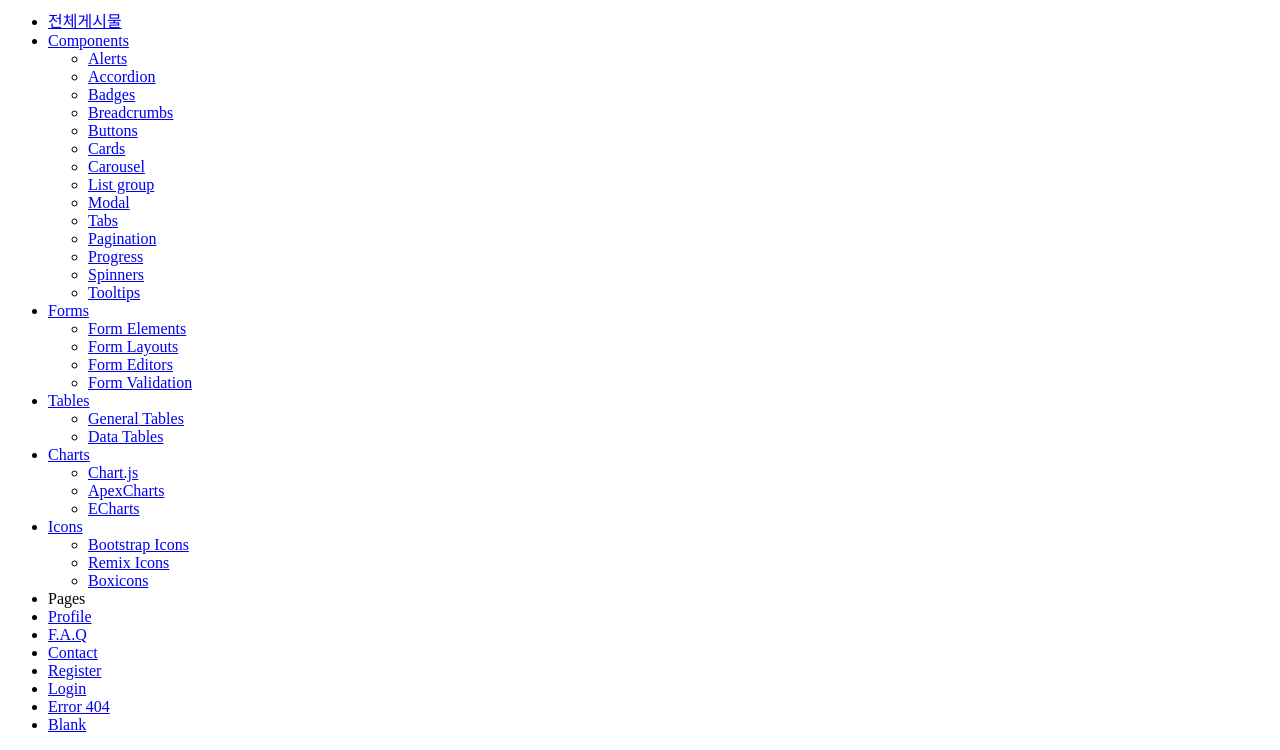
Repository: hatsnake/spring_ever
Page: http://localhost/ever/WEB-INF/views/fragment/sidebar.jsp
The author's editor kept a copy of each file at every save. The page is drawn from the files as they stood at one save, then again after the next save.
The browser window is 1280 px wide. The pictures show the whole page.
The page is served by Tomcat 9. Nobody is signed in. Other server files are loaded and not shown. The template is opened directly, without the code that normally fills it, so the values that code supplies are empty.

Above is the page before, as saved 2022-02-03 17:31:11.

### ever/src/main/webapp/WEB-INF/views/fragment/sidebar.jsp
<%@ page language="java" contentType="text/html; charset=UTF-8"
    pageEncoding="UTF-8"%>

<!-- ======= Sidebar ======= -->
<aside id="sidebar" class="sidebar">

  <ul class="sidebar-nav" id="sidebar-nav">

    <li class="nav-item">
      <a class="nav-link " href="/article/list">
        <i class="bi bi-grid"></i>
        <span>전체게시물</span>
      </a>
    </li><!-- End Dashboard Nav -->

    <li class="nav-item">
      <a class="nav-link collapsed" data-bs-target="#components-nav" data-bs-toggle="collapse" href="#">
        <i class="bi bi-menu-button-wide"></i><span>Components</span><i class="bi bi-chevron-down ms-auto"></i>
      </a>
      <ul id="components-nav" class="nav-content collapse " data-bs-parent="#sidebar-nav">
        <li>
          <a href="components-alerts.html">
            <i class="bi bi-circle"></i><span>Alerts</span>
          </a>
        </li>
        <li>
          <a href="components-accordion.html">
            <i class="bi bi-circle"></i><span>Accordion</span>
          </a>
        </li>
        <li>
          <a href="components-badges.html">
            <i class="bi bi-circle"></i><span>Badges</span>
          </a>
        </li>
        <li>
          <a href="components-breadcrumbs.html">
            <i class="bi bi-circle"></i><span>Breadcrumbs</span>
          </a>
        </li>
        <li>
          <a href="components-buttons.html">
            <i class="bi bi-circle"></i><span>Buttons</span>
          </a>
        </li>
        <li>
          <a href="components-cards.html">
            <i class="bi bi-circle"></i><span>Cards</span>
          </a>
        </li>
        <li>
          <a href="components-carousel.html">
            <i class="bi bi-circle"></i><span>Carousel</span>
          </a>
        </li>
        <li>
          <a href="components-list-group.html">
            <i class="bi bi-circle"></i><span>List group</span>
          </a>
        </li>
        <li>
          <a href="components-modal.html">
            <i class="bi bi-circle"></i><span>Modal</span>
          </a>
        </li>
        <li>
          <a href="components-tabs.html">
            <i class="bi bi-circle"></i><span>Tabs</span>
          </a>
        </li>
        <li>
          <a href="components-pagination.html">
            <i class="bi bi-circle"></i><span>Pagination</span>
          </a>
        </li>
        <li>
          <a href="components-progress.html">
            <i class="bi bi-circle"></i><span>Progress</span>
          </a>
        </li>
        <li>
          <a href="components-spinners.html">
            <i class="bi bi-circle"></i><span>Spinners</span>
          </a>
        </li>
        <li>
          <a href="components-tooltips.html">
            <i class="bi bi-circle"></i><span>Tooltips</span>
          </a>
        </li>
      </ul>
    </li><!-- End Components Nav -->

    <li class="nav-item">
      <a class="nav-link collapsed" data-bs-target="#forms-nav" data-bs-toggle="collapse" href="#">
        <i class="bi bi-journal-text"></i><span>Forms</span><i class="bi bi-chevron-down ms-auto"></i>
      </a>
      <ul id="forms-nav" class="nav-content collapse " data-bs-parent="#sidebar-nav">
        <li>
          <a href="forms-elements.html">
            <i class="bi bi-circle"></i><span>Form Elements</span>
          </a>
        </li>
        <li>
          <a href="forms-layouts.html">
            <i class="bi bi-circle"></i><span>Form Layouts</span>
          </a>
        </li>
        <li>
          <a href="forms-editors.html">
            <i class="bi bi-circle"></i><span>Form Editors</span>
          </a>
        </li>
        <li>
          <a href="forms-validation.html">
            <i class="bi bi-circle"></i><span>Form Validation</span>
          </a>
        </li>
      </ul>
    </li><!-- End Forms Nav -->

    <li class="nav-item">
      <a class="nav-link collapsed" data-bs-target="#tables-nav" data-bs-toggle="collapse" href="#">
        <i class="bi bi-layout-text-window-reverse"></i><span>Tables</span><i class="bi bi-chevron-down ms-auto"></i>
      </a>
      <ul id="tables-nav" class="nav-content collapse " data-bs-parent="#sidebar-nav">
        <li>
          <a href="tables-general.html">
            <i class="bi bi-circle"></i><span>General Tables</span>
          </a>
        </li>
        <li>
          <a href="tables-data.html">
            <i class="bi bi-circle"></i><span>Data Tables</span>
          </a>
        </li>
      </ul>
    </li><!-- End Tables Nav -->

    <li class="nav-item">
      <a class="nav-link collapsed" data-bs-target="#charts-nav" data-bs-toggle="collapse" href="#">
        <i class="bi bi-bar-chart"></i><span>Charts</span><i class="bi bi-chevron-down ms-auto"></i>
      </a>
      <ul id="charts-nav" class="nav-content collapse " data-bs-parent="#sidebar-nav">
        <li>
          <a href="charts-chartjs.html">
            <i class="bi bi-circle"></i><span>Chart.js</span>
          </a>
        </li>
        <li>
          <a href="charts-apexcharts.html">
            <i class="bi bi-circle"></i><span>ApexCharts</span>
          </a>
        </li>
        <li>
          <a href="charts-echarts.html">
            <i class="bi bi-circle"></i><span>ECharts</span>
          </a>
        </li>
      </ul>
    </li><!-- End Charts Nav -->

    <li class="nav-item">
      <a class="nav-link collapsed" data-bs-target="#icons-nav" data-bs-toggle="collapse" href="#">
        <i class="bi bi-gem"></i><span>Icons</span><i class="bi bi-chevron-down ms-auto"></i>
      </a>
      <ul id="icons-nav" class="nav-content collapse " data-bs-parent="#sidebar-nav">
        <li>
          <a href="icons-bootstrap.html">
            <i class="bi bi-circle"></i><span>Bootstrap Icons</span>
          </a>
        </li>
        <li>
          <a href="icons-remix.html">
            <i class="bi bi-circle"></i><span>Remix Icons</span>
          </a>
        </li>
        <li>
          <a href="icons-boxicons.html">
            <i class="bi bi-circle"></i><span>Boxicons</span>
          </a>
        </li>
      </ul>
    </li><!-- End Icons Nav -->

    <li class="nav-heading">Pages</li>

    <li class="nav-item">
      <a class="nav-link collapsed" href="users-profile.html">
        <i class="bi bi-person"></i>
        <span>Profile</span>
      </a>
    </li><!-- End Profile Page Nav -->

    <li class="nav-item">
      <a class="nav-link collapsed" href="pages-faq.html">
        <i class="bi bi-question-circle"></i>
        <span>F.A.Q</span>
      </a>
    </li><!-- End F.A.Q Page Nav -->

    <li class="nav-item">
      <a class="nav-link collapsed" href="pages-contact.html">
        <i class="bi bi-envelope"></i>
        <span>Contact</span>
      </a>
    </li><!-- End Contact Page Nav -->

    <li class="nav-item">
      <a class="nav-link collapsed" href="pages-register.html">
        <i class="bi bi-card-list"></i>
        <span>Register</span>
      </a>
    </li><!-- End Register Page Nav -->

    <li class="nav-item">
      <a class="nav-link collapsed" href="pages-login.html">
        <i class="bi bi-box-arrow-in-right"></i>
        <span>Login</span>
      </a>
    </li><!-- End Login Page Nav -->

    <li class="nav-item">
      <a class="nav-link collapsed" href="pages-error-404.html">
        <i class="bi bi-dash-circle"></i>
        <span>Error 404</span>
      </a>
    </li><!-- End Error 404 Page Nav -->

    <li class="nav-item">
      <a class="nav-link collapsed" href="pages-blank.html">
        <i class="bi bi-file-earmark"></i>
        <span>Blank</span>
      </a>
    </li><!-- End Blank Page Nav -->

  </ul>

</aside><!-- End Sidebar-->

After the next save:
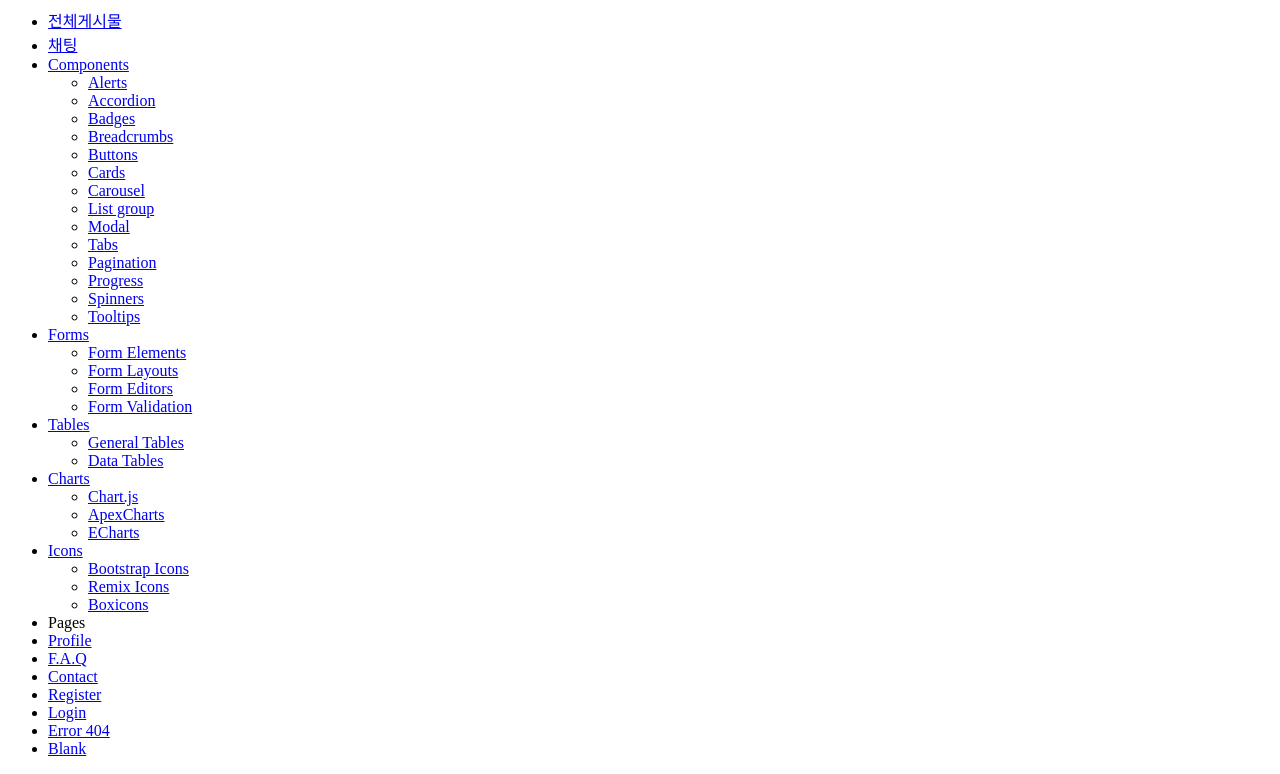
Saved 2 h 26 min later.
--- a/ever/src/main/webapp/WEB-INF/views/fragment/sidebar.jsp
+++ b/ever/src/main/webapp/WEB-INF/views/fragment/sidebar.jsp
@@ -14,6 +14,13 @@
     </li><!-- End Dashboard Nav -->
 
     <li class="nav-item">
+      <a class="nav-link " href="/chat">
+        <i class="bi bi-grid"></i>
+        <span>채팅</span>
+      </a>
+    </li><!-- End Dashboard Nav -->
+
+    <li class="nav-item">
       <a class="nav-link collapsed" data-bs-target="#components-nav" data-bs-toggle="collapse" href="#">
         <i class="bi bi-menu-button-wide"></i><span>Components</span><i class="bi bi-chevron-down ms-auto"></i>
       </a>
